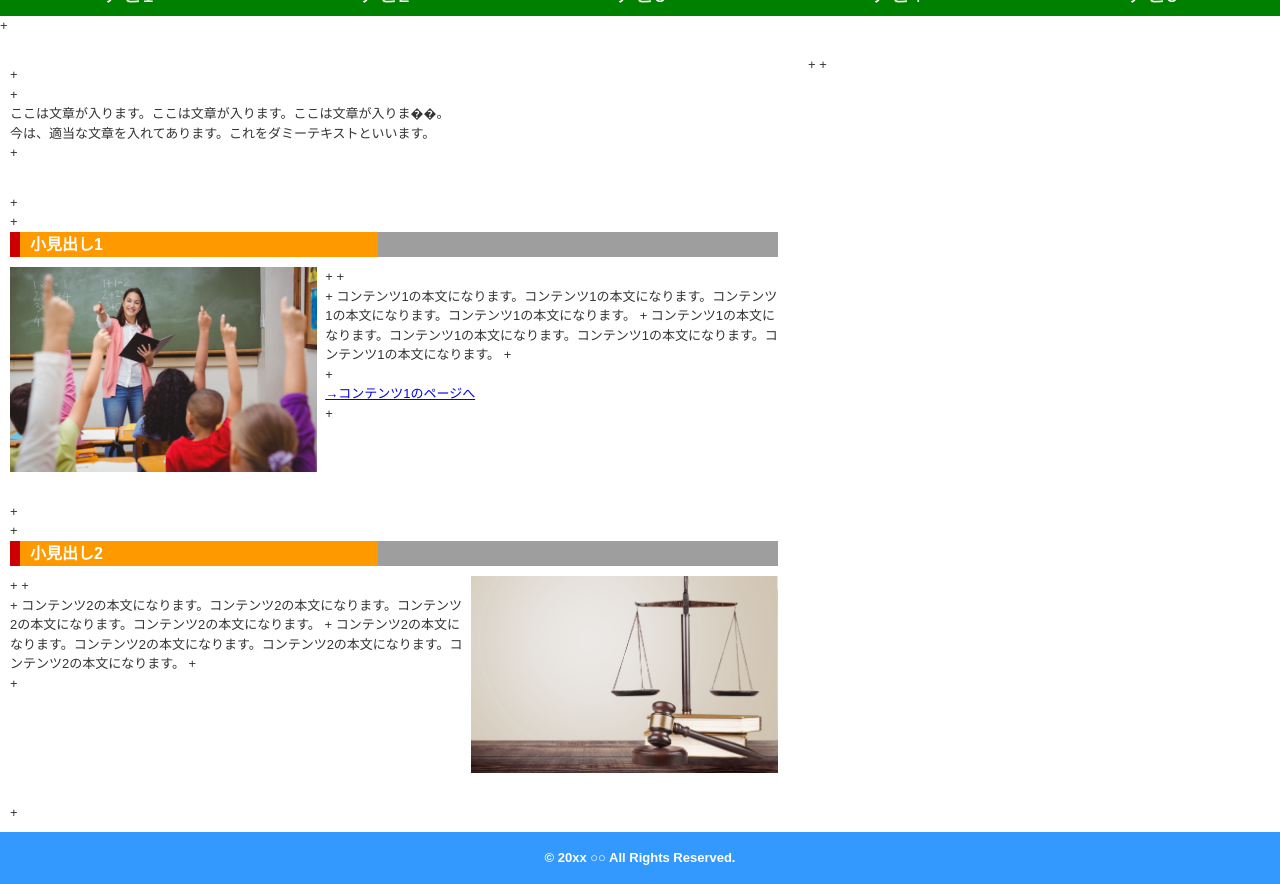
Repository: Kaede-1/samurai_HTML-CSS
Page: webpege/home.html
The author's editor kept a record of every edit. The page is drawn from the files as they stood at one moment, then again after the next edit.
The browser window is 1280 px wide. The pictures show the part of the page from y = 986 to 1870 px (the page is 1870 px tall before and 1694 px after).
Pictures or frames that could not be fetched are drawn as grey boxes. A picture or video elsewhere on the page could not be fetched, so the positions and the page height are approximate.

Above is the page before.

After the next edit:
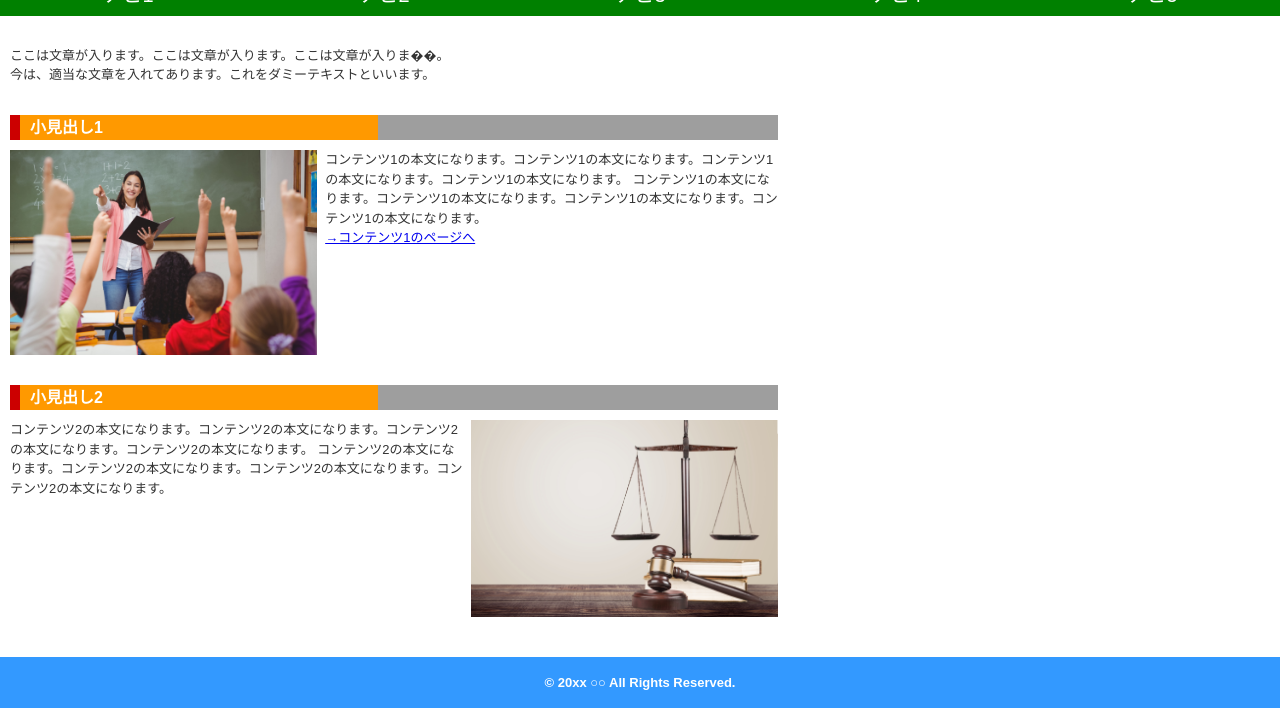
The edit:
--- a/webpege/home.html
+++ b/webpege/home.html
@@ -19,30 +19,30 @@
                     <li><a href="#">ナビ5</a></li>
                 </ul>
             </div>
-            +            <div id="container">
-+                <div id="main">
-+                    <div class="post">
-+                        <p>ここは文章が入ります。ここは文章が入ります。ここは文章が入りま��。<br />今は、適当な文章を入れてあります。これをダミーテキストといいます。</p>
-+                    </div>
-+                    <div class="post clearfix">
-+                        <h2>小見出し1</h2>
-+                        <img class="left" src="images/classroom.jpg" alt="授業風景" />
-+                        <p>
-+                            コンテンツ1の本文になります。コンテンツ1の本文になります。コンテンツ1の本文になります。コンテンツ1の本文になります。
-+                            コンテンツ1の本文になります。コンテンツ1の本文になります。コンテンツ1の本文になります。コンテンツ1の本文になります。
-+                        </p>
-+                        <p><a href="#">→コンテンツ1のページへ</a></p>
-+                    </div>
-+                    <div class="post clearfix">
-+                        <h2>小見出し2</h2>
-+                        <img class="right" src="images/scale.jpg" alt="天秤" />
-+                        <p>
-+                            コンテンツ2の本文になります。コンテンツ2の本文になります。コンテンツ2の本文になります。コンテンツ2の本文になります。
-+                            コンテンツ2の本文になります。コンテンツ2の本文になります。コンテンツ2の本文になります。コンテンツ2の本文になります。
-+                        </p>
-+                    </div>
-+                </div>
-+            </div>
+               <div id="container">
+                <div id="main">
+                    <div class="post">
+                        <p>ここは文章が入ります。ここは文章が入ります。ここは文章が入りま��。<br />今は、適当な文章を入れてあります。これをダミーテキストといいます。</p>
+                    </div>
+                    <div class="post clearfix">
+                        <h2>小見出し1</h2>
+                        <img class="left" src="images/classroom.jpg" alt="授業風景" />
+                        <p>
+                            コンテンツ1の本文になります。コンテンツ1の本文になります。コンテンツ1の本文になります。コンテンツ1の本文になります。
+                            コンテンツ1の本文になります。コンテンツ1の本文になります。コンテンツ1の本文になります。コンテンツ1の本文になります。
+                        </p>
+                        <p><a href="#">→コンテンツ1のページへ</a></p>
+                    </div>
+                    <div class="post clearfix">
+                        <h2>小見出し2</h2>
+                        <img class="right" src="images/scale.jpg" alt="天秤" />
+                        <p>
+                            コンテンツ2の本文になります。コンテンツ2の本文になります。コンテンツ2の本文になります。コンテンツ2の本文になります。
+                            コンテンツ2の本文になります。コンテンツ2の本文になります。コンテンツ2の本文になります。コンテンツ2の本文になります。
+                        </p>
+                    </div>
+                </div>
+            </div>
         </div>
         <div id="footer">
             <p>&copy; 20xx ○○ All Rights Reserved.</p>
